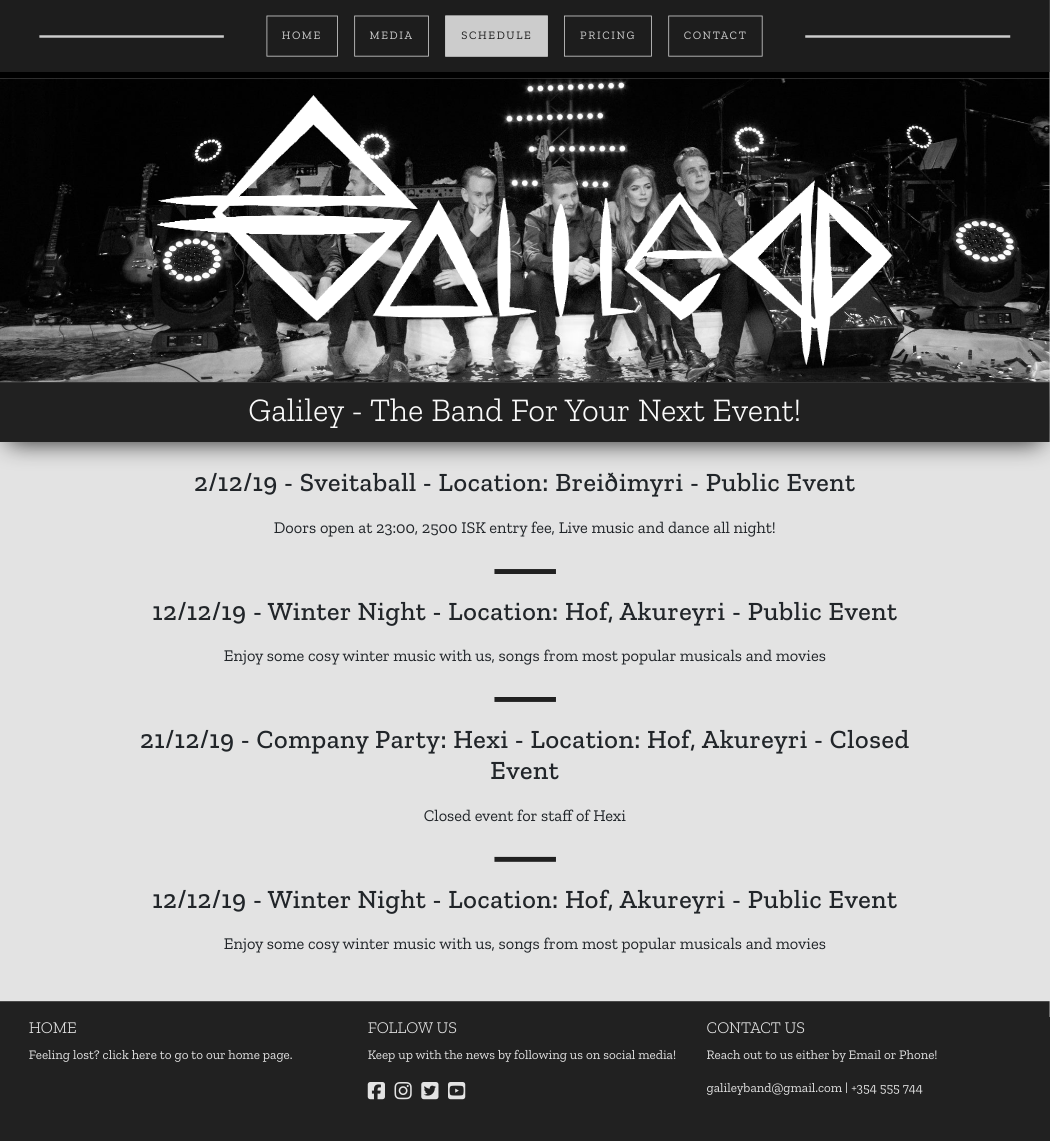
Repository: HeimirDavid/Galiley-Website
Page: schedule.html
The author's editor kept a record of every edit. The page is drawn from the files as they stood at one moment, then again after the next edit.
The browser window is 1280 px wide. The pictures show the whole page, at 82% of full size.
Some web libraries are served in a nearby version.

Above is the page before.

After the next edit:
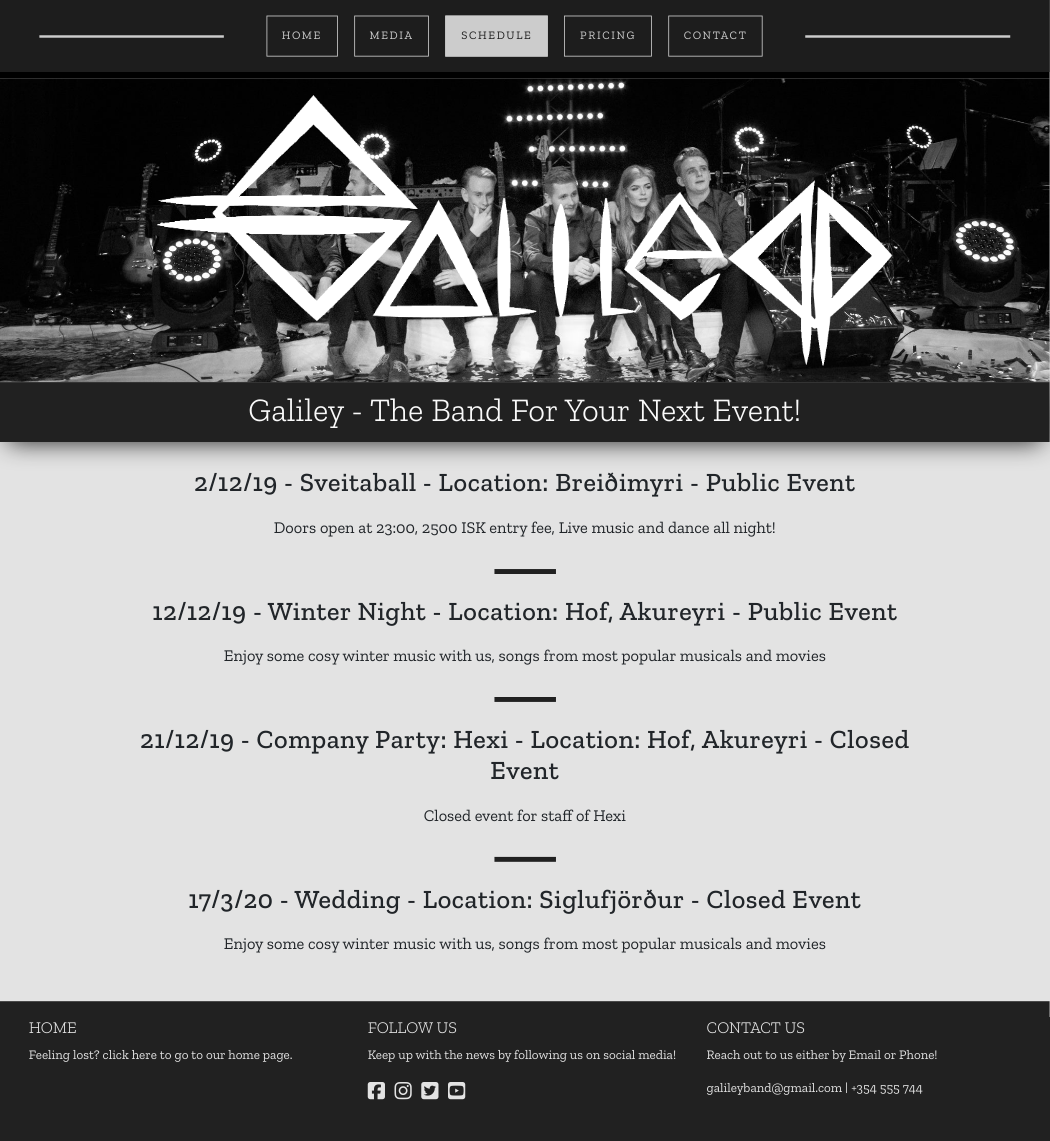
The edit:
--- a/schedule.html
+++ b/schedule.html
@@ -89,7 +89,7 @@
                     Closed event for staff of Hexi
                 </p>
                 <hr class="block-devider">
-                <h3 class="header-h3 schedule-header">12/12/19 - Winter Night - Location: Hof, Akureyri - Public Event</h3>
+                <h3 class="header-h3 schedule-header">17/3/20 - Wedding - Location: Siglufjörður - Closed Event</h3>
                 <p class="p-text">
                     Enjoy some cosy winter music with us, songs from most popular musicals and movies
                 </p>
